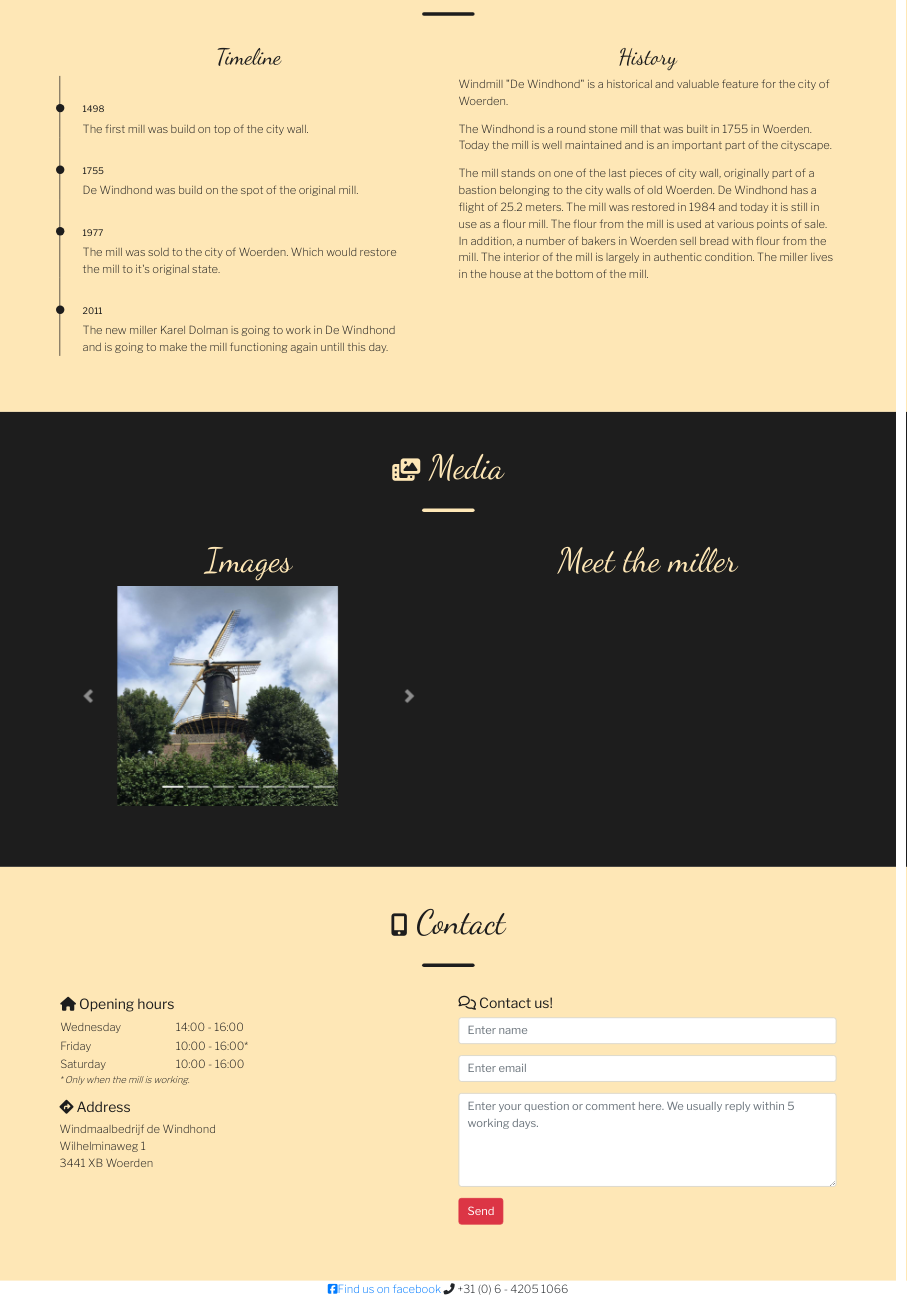
Repository: jdl208/DeWindhond
Page: index.html
The author's editor kept a record of every edit. The page is drawn from the files as they stood at one moment, then again after the next edit.
The browser window is 1280 px wide. The page is 1295 px wide, so the pictures cover 1295 px, including what lies to the right of the window. The pictures show the part of the page from y = 768 to 2648 px (the page is 2648 px tall), at 70% of full size.
Pictures or frames that could not be fetched are drawn as grey boxes. Some web libraries are served in a nearby version.

Above is the page before.

After the next edit:
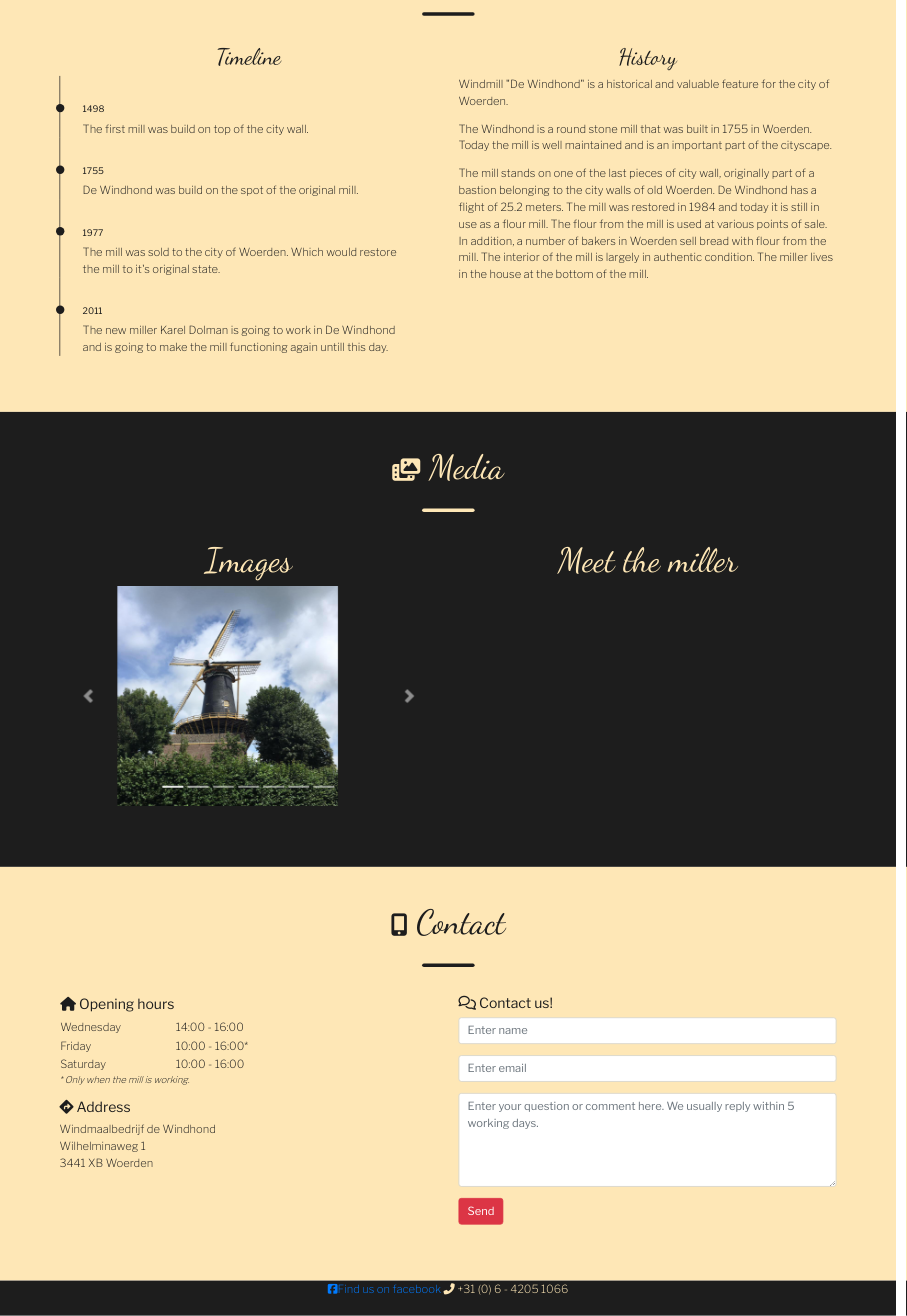
The edit:
--- a/index.html
+++ b/index.html
@@ -197,7 +197,7 @@
 
     </section>
 
-    <footer>
+    <footer class="dark-bg">
         <div class="row footer">
             <div class="col-12">
                 <a href="https://www.facebook.com/windmaalbedrijfdewindhond?pnref=story"><i class="fab fa-facebook-square"></i>Find us on facebook</a>
